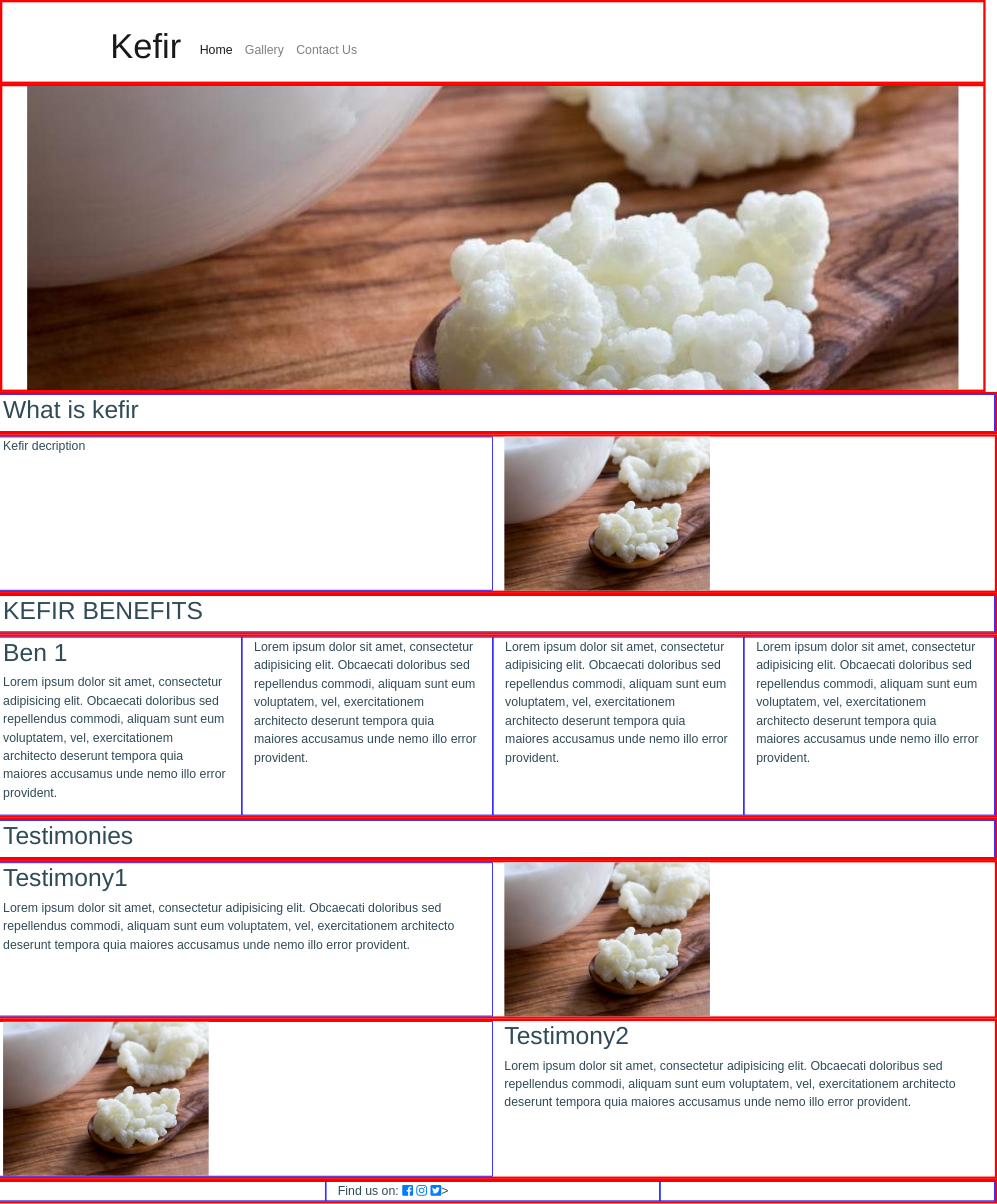
Repository: andna5980/kefir-web
Page: src/index.html
The author's editor kept a copy of each file at every save. The page is drawn from the files as they stood at one save, then again after the next save.
The browser window is 1280 px wide. The page is 1295 px wide, so the pictures cover 1295 px, including what lies to the right of the window. The pictures show the whole page, at 77% of full size.
Some web fonts or font styles are not loaded; a fallback is used. Some web libraries are served in a nearby version.

Above is the page before, as saved 2021-02-28 13:08:03.

### src/index.html
<!DOCTYPE html>
<html lang="en-US">

<head>
  <meta charset="UTF-8">
  <meta name="viewport" content="width=device-width, initial-scale=1.0">
  <meta name="author" content="Andres Navarrete">
  <meta name="description"
    content="Kefir, meet the power of nature. Bring the right knowledge and the best recipes from mother nature">
  <meta name="keywords" content="Kefir, recipes, natural-products, home-made, organic, healthy">
  <title>KEFIR | MEET THE POWER OF NATURE</title>
  <link rel="stylesheet" href="https://cdn.jsdelivr.net/npm/bootstrap@4.5.3/dist/css/bootstrap.min.css"
    integrity="sha384-TX8t27EcRE3e/ihU7zmQxVncDAy5uIKz4rEkgIXeMed4M0jlfIDPvg6uqKI2xXr2" crossorigin="anonymous">
  <link rel="stylesheet" href="https://use.fontawesome.com/releases/v5.6.3/css/all.css"
    integrity="sha384-UHRtZLI+pbxtHCWp1t77Bi1L4ZtiqrqD80Kn4Z8NTSRyMA2Fd33n5dQ8lWUE00s/" crossorigin="anonymous">
  <link href="../src/assets/styles/style.css" rel="stylesheet">
</head>

<body>
  <!--------------------Main-Header-------------------------------------->
  <header>
    <nav class="test-red navbar navbar-expand-md navbar-light">
      <a class="navbar-brand" href="#">Kefir</a>
      <button class="navbar-toggler" type="button" data-toggle="collapse" data-target="#navbarNav"
        aria-controls="navbarNav" aria-expanded="false" aria-label="Toggle navigation">
        <span class="navbar-toggler-icon"></span>
      </button>
      <div class="collapse navbar-collapse" id="navbarNav">
        <ul class="navbar-nav">
          <li class="nav-item active">
            <a class="nav-link" href="#">Home <span class="sr-only">(current)</span></a>
          </li>
          <li class="nav-item">
            <a class="nav-link" href="#">Gallery</a>
          </li>
          <li class="nav-item">
            <a class="nav-link" href="#">Contact Us</a>
          </li>

        </ul>
      </div>
    </nav>
  </header>

  <!--------------------Hero-mage-------------------------------------->

  <div class="test-red container-hero">
    <div class="hero-image col-12"></div>
  </div>


  <!--------------------What-is-kefir-------------------------------------->

  <section>
    <div class=" test-red row">
      <div class=" test-blue col-12">
        <h2>What is kefir</h2>
      </div>
    </div>

    <div class=" test-red row">
      <div class="test-blue col-12 col-sm-6 ">
        <p> Kefir decription</p>
      </div>

      <div class="col-12 col-sm-6">
        <img src="../src/assets/images/milk-kefir-grains-spoon_1024x1024.jpg" alt="kefir-products" height="200">
      </div>
    </div>

  </section>


  <!--------------------Kefir-benefits-------------------------------------->

  <section>
    <div class="test-red row">
      <div class=" test-blue col-12">
        <h2> KEFIR BENEFITS </h2>
      </div>
    </div>

    <div class=" test-red row">
      <div class="test-blue col-12 col-sm-6 col-md-3">
        <h2>Ben 1</h2>
        <p>Lorem ipsum dolor sit amet, consectetur adipisicing elit. Obcaecati doloribus sed repellendus commodi,
          aliquam sunt eum voluptatem, vel, exercitationem architecto deserunt tempora quia maiores accusamus
          unde nemo illo error provident.</p>
      </div>
      <div class="test-blue col-12 col-sm-6 col-md-3">
        <p>Lorem ipsum dolor sit amet, consectetur adipisicing elit. Obcaecati doloribus sed repellendus commodi,
          aliquam sunt eum voluptatem, vel, exercitationem architecto deserunt tempora quia maiores accusamus
          unde nemo illo error provident.</p>
      </div>
      <div class="test-blue col-12 col-sm-6 col-md-3">
        <p>Lorem ipsum dolor sit amet, consectetur adipisicing elit. Obcaecati doloribus sed repellendus commodi,
          aliquam sunt eum voluptatem, vel, exercitationem architecto deserunt tempora quia maiores accusamus
          unde nemo illo error provident.</p>
      </div>
      <div class="test-blue col-12 col-sm-6 col-md-3">
        <p>Lorem ipsum dolor sit amet, consectetur adipisicing elit. Obcaecati doloribus sed repellendus commodi,
          aliquam sunt eum voluptatem, vel, exercitationem architecto deserunt tempora quia maiores accusamus
          unde nemo illo error provident.</p>
      </div>
    </div>
  </section>

  <!--------------------Testimonies-------------------------------------->

  <section>
    <div class=" test-red row">
      <div class=" test-blue col-12">
        <h2>Testimonies</h2>
      </div>
    </div>

    <div class=" test-red row">
      <div class="test-blue col-12 col-sm-6">
        <h2>Testimony1</h2>
        <p>Lorem ipsum dolor sit amet, consectetur adipisicing elit. Obcaecati doloribus sed repellendus commodi,
          aliquam sunt eum voluptatem, vel, exercitationem architecto deserunt tempora quia maiores accusamus
          unde nemo illo error provident.</p>
      </div>

      <div class="col-12 col-sm-6">
        <img src="../src/assets/images/milk-kefir-grains-spoon_1024x1024.jpg" alt="kefir-products" height="200">
      </div>
    </div>

    <div class="test-red row">

      <div class="test-blue col-12 col-sm-6 order-1 order-xs-2">
        <img src="../src/assets/images/milk-kefir-grains-spoon_1024x1024.jpg" alt="kefir-products" height="200">
      </div>
      <div class="col-12 col-sm-6 order-2 order-xs-1">
        <h2>Testimony2</h2>
        <p>Lorem ipsum dolor sit amet, consectetur adipisicing elit. Obcaecati doloribus sed repellendus commodi,
          aliquam sunt eum voluptatem, vel, exercitationem architecto deserunt tempora quia maiores accusamus
          unde nemo illo error provident.</p>
      </div>
    </div>
  </section>

</body>
<footer>
  <div class="test-red row">
    <div class="test-blue col-4 "></div>
    <div class="test-blue col-4">
      <span>Find us on:</span>
      <a href="http://facebook.com" target="_blank"><i class="fab fa-facebook-square"></i></a>

      <a href="http://instagram.com" target="_blank"><i class="fab fa-instagram"></i></a>

      <a href="http://twitter.com" target="_blank"><i class="fab fa-twitter-square"></i></a>>
    </div>
    <div class="test-blue col-4"></div>
  </div>
</footer>










<script src="https://code.jquery.com/jquery-3.2.1.slim.min.js"
  integrity="sha384-KJ3o2DKtIkvYIK3UENzmM7KCkRr/rE9/Qpg6aAZGJwFDMVNA/GpGFF93hXpG5KkN" crossorigin="anonymous"></script>
<script src="https://cdnjs.cloudflare.com/ajax/libs/popper.js/1.12.9/umd/popper.min.js"
  integrity="sha384-ApNbgh9B+Y1QKtv3Rn7W3mgPxhU9K/ScQsAP7hUibX39j7fakFPskvXusvfa0b4Q" crossorigin="anonymous"></script>
<script src="https://maxcdn.bootstrapcdn.com/bootstrap/4.0.0/js/bootstrap.min.js"
  integrity="sha384-JZR6Spejh4U02d8jOt6vLEHfe/JQGiRRSQQxSfFWpi1MquVdAyjUar5+76PVCmYl" crossorigin="anonymous"></script>

</html>

### src/assets/styles/style.css
@import url('https://fonts.googleapis.com/css2?family=Amatic+SC&family=Caveat+Brush&display=swap');

.container {
    margin: 15px;
}


body {
    font-family: Arial, Helvetica, sans-serif;
    color: #2F4B58;
    max-width: 1500px;
}

h2 {
    font-family:  Caveat Brush, Helvetica, sans-serif;
    color: #2F4B58;
}


/*----------------------BORDER ROWS AND COLUMNS----------*/

.test-red {
    border: 3px solid red
}

.test-blue {
    border:1px solid blue
}









/*-----------------------Header ----------*/

.navbar-brand {
    float: left;
    color: #2F4B58;
    font-family:  Caveat Brush, Helvetica, sans-serif;
    font-size: 280%;
    margin-left: 10%;
    margin-top: 10px;
}

.navbar-nav {
    float: right;
}

.navbar-nav li a{
    margin-top: 20px;
    color: #2F4B58;
}


.navbar-toggler {
    border: 2px solid #2F4B58;
    color: #2F4B58;
}

/*
.navbar-toggler.icon{

}
*/





.menu a {
    text-decoration: none;
    color: #2F4B58;
}

.menu  {
list-style-type: none;
margin-right: 5%;
margin-top: 30px; /* CHAPUZA  */
word-spacing: 5px;
}

.menu ul {
    float:right;
    margin-left: 10px;
}

.menu li {
    list-style-type: none;
    display: inline-flex;
}


/*-----------------------Hero-image ----------*/

.container-hero {
    height: 400px;
    overflow: hidden;
}

.hero-image {
    height: 400px;
    width: 100%;
    background: url(../images/milk-kefir-grains-spoon_1024x1024.jpg) no-repeat center;
    animation-name: hero-zoom;
    animation-duration: 4s;
    animation-fill-mode: forwards;
}

/*------Animation of the Hero image-------*/

@keyframes hero-zoom {
    from{
        transform: scale(1);
    }
    to{
        transform: scale(1.2);
    }
}

/*-----------------------What-is-kefir-are----------*/

After the next save:
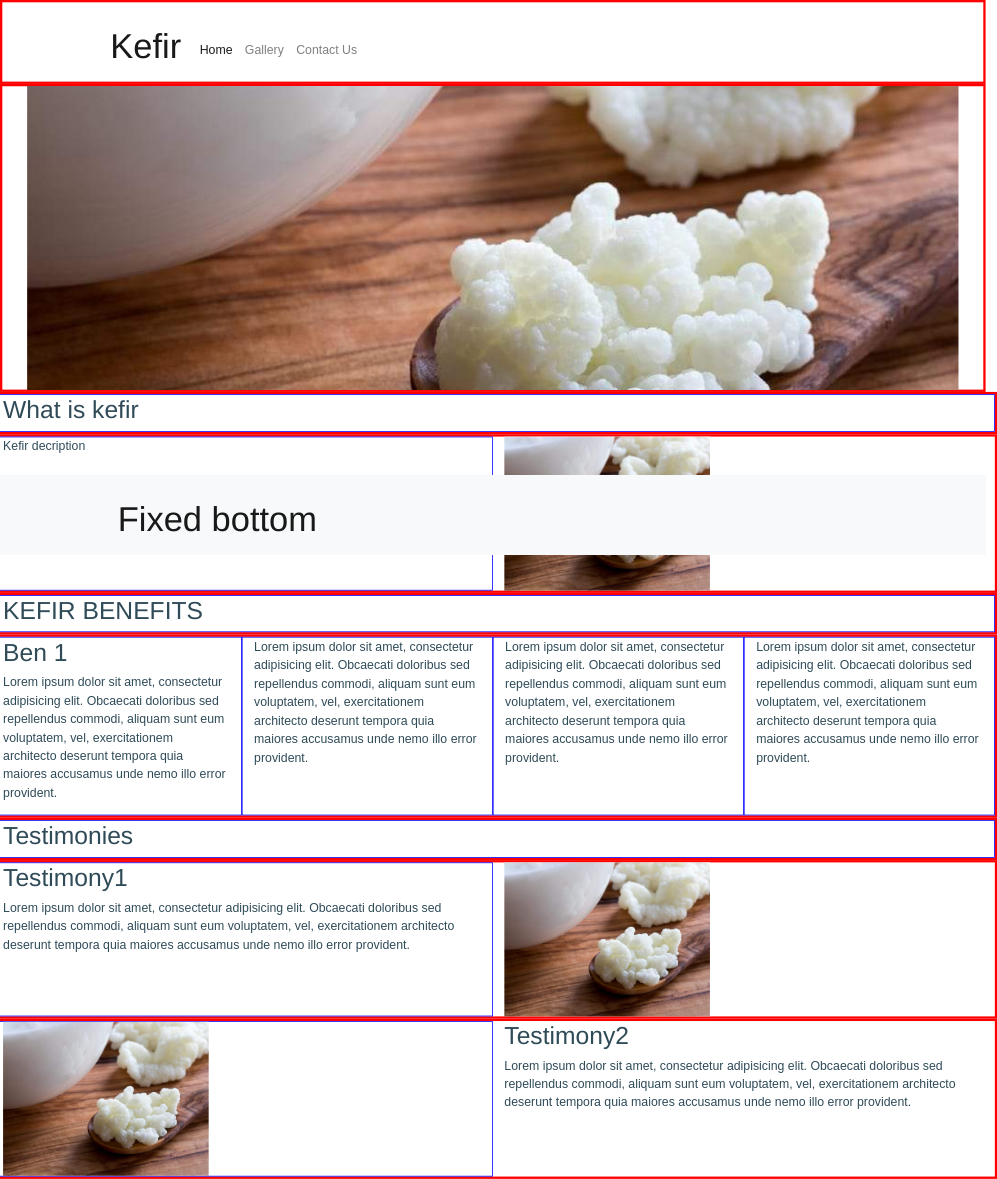
Saved 2 min 57 s later.
--- a/src/index.html
+++ b/src/index.html
@@ -142,7 +142,8 @@
   </section>
 
 </body>
-<footer>
+
+<!-- <footer>
   <div class="test-red row">
     <div class="test-blue col-4 "></div>
     <div class="test-blue col-4">
@@ -155,8 +156,13 @@
     </div>
     <div class="test-blue col-4"></div>
   </div>
-</footer>
+</footer> -->
 
+<nav class="navbar fixed-bottom navbar-light bg-light">
+  <div class="container-fluid">
+    <a class="navbar-brand" href="#">Fixed bottom</a>
+  </div>
+</nav>
 
 
 
